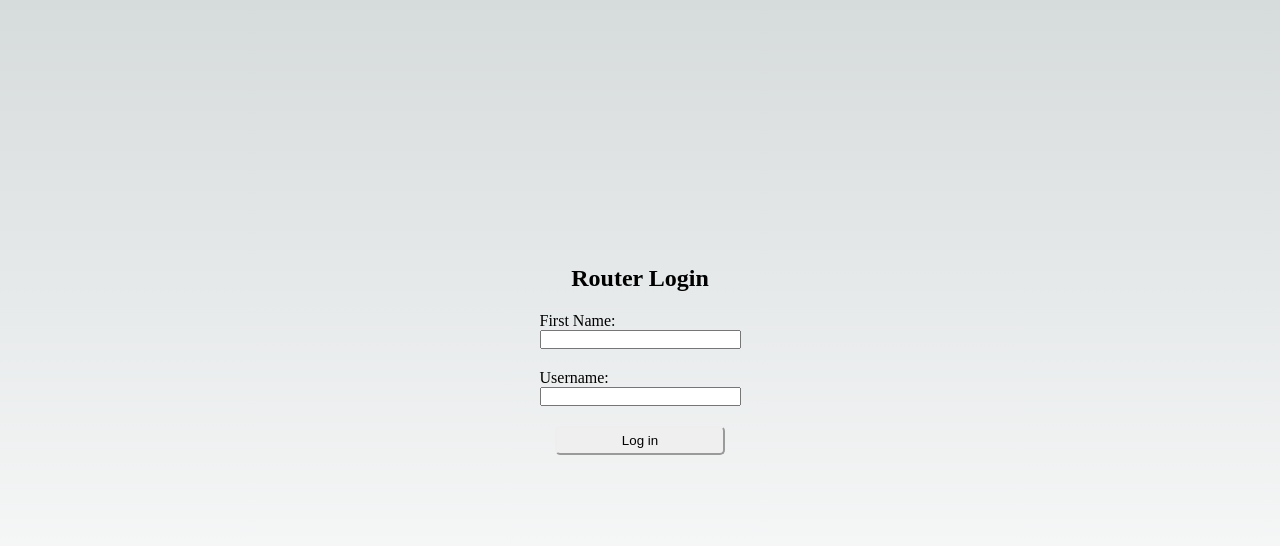
Repository: Mariessa-Pinto/week2-next.js-next-router-login
Page: /
The author's editor kept a copy of each file at every save. The page is drawn from the files as they stood at one save, then again after the next save.
The browser window is 1280 px wide. The pictures show the whole page.
The project was rebuilt for these pictures with package versions that can differ from the ones it lists, and the page was loaded fresh each time. The framework's server and built-in components were replaced by stand-ins that run in the browser. Also part of the build but not shown: next.config.js.

Above is the page before, as saved 2023-01-11 07:45:27.

### pages/index.js
import Head from 'next/head'
import Image from 'next/image'
import { Inter } from '@next/font/google'
import styles from '../styles/Home.module.css'
import { useState } from 'react'
import { useRouter } from 'next/router'

const inter = Inter({ subsets: ['latin'] })

export default function Home() {

  const router = useRouter()

  const [formData, setFormData] = useState({
    firstName: '',
    username: ''
  })

  const CheckLogin = () => {
    console.log(formData.firstName)
    console.log(formData)

    if(formData.username !== null) {
      router.push( {
        pathname: './counter',
        query: {
          username: formData.username
        }
      })
    }
  }

  return (
    <>
      <Head>
        <title>Create Next App</title>
        <meta name="description" content="Generated by create next app" />
        <meta name="viewport" content="width=device-width, initial-scale=1" />
        <link rel="icon" href="/favicon.ico" />
      </Head>
      <main className={styles.main}>

       <h2>Router Login</h2>
       <div className={styles.inputField}>
        <label>First Name:</label>
        <input
          className={styles.input}
          type = "text"
          id = "first"
          name = "first"
          required
          pattern ="[A-Z]{1}[a-z]{2,10}"
          title="The first letter should be capitalized"
          onChange={(e => setFormData({...formData, firstName: e.target.value}))}
        />
       </div>

      <div className={styles.inputField}>
        <label>Username:</label>
        <input
          className={styles.input}
          type = "text"
          id = "username"
          name = "username"
          required
          title="Type your username"
          minLength="5"
          maxLength="10"
          onChange={(e => setFormData({...formData, username: e.target.value}))}
        />
       </div>
       <button className={styles.button} type="submit" onClick={() => CheckLogin()}>Log in</button>
      </main>
    </>
  )
}

### styles/globals.css
:root {
  --max-width: 1100px;
  --border-radius: 12px;
  --font-mono: ui-monospace, Menlo, Monaco, 'Cascadia Mono', 'Segoe UI Mono',
    'Roboto Mono', 'Oxygen Mono', 'Ubuntu Monospace', 'Source Code Pro',
    'Fira Mono', 'Droid Sans Mono', 'Courier New', monospace;

  --foreground-rgb: 0, 0, 0;
  --background-start-rgb: 214, 219, 220;
  --background-end-rgb: 255, 255, 255;

  --primary-glow: conic-gradient(
    from 180deg at 50% 50%,
    #16abff33 0deg,
    #0885ff33 55deg,
    #54d6ff33 120deg,
    #0071ff33 160deg,
    transparent 360deg
  );
  --secondary-glow: radial-gradient(
    rgba(255, 255, 255, 1),
    rgba(255, 255, 255, 0)
  );

  --tile-start-rgb: 239, 245, 249;
  --tile-end-rgb: 228, 232, 233;
  --tile-border: conic-gradient(
    #00000080,
    #00000040,
    #00000030,
    #00000020,
    #00000010,
    #00000010,
    #00000080
  );

  --callout-rgb: 238, 240, 241;
  --callout-border-rgb: 172, 175, 176;
  --card-rgb: 180, 185, 188;
  --card-border-rgb: 131, 134, 135;
}

@media (prefers-color-scheme: dark) {
  :root {
    --foreground-rgb: 255, 255, 255;
    --background-start-rgb: 0, 0, 0;
    --background-end-rgb: 0, 0, 0;

    --primary-glow: radial-gradient(rgba(1, 65, 255, 0.4), rgba(1, 65, 255, 0));
    --secondary-glow: linear-gradient(
      to bottom right,
      rgba(1, 65, 255, 0),
      rgba(1, 65, 255, 0),
      rgba(1, 65, 255, 0.3)
    );

    --tile-start-rgb: 2, 13, 46;
    --tile-end-rgb: 2, 5, 19;
    --tile-border: conic-gradient(
      #ffffff80,
      #ffffff40,
      #ffffff30,
      #ffffff20,
      #ffffff10,
      #ffffff10,
      #ffffff80
    );

    --callout-rgb: 20, 20, 20;
    --callout-border-rgb: 108, 108, 108;
    --card-rgb: 100, 100, 100;
    --card-border-rgb: 200, 200, 200;

    --dark-red: darkred;
  }
}

* {
  box-sizing: border-box;
  padding: 0;
  margin: 0;
}

html,
body {
  max-width: 100vw;
  overflow-x: hidden;
}

body {
  color: rgb(var(--foreground-rgb));
  background: linear-gradient(
      to bottom,
      transparent,
      rgb(var(--background-end-rgb))
    )
    rgb(var(--background-start-rgb));
}

a {
  color: inherit;
  text-decoration: none;
}

@media (prefers-color-scheme: dark) {
  html {
    color-scheme: dark;
  }
}

### styles/Home.module.css
.main {
  display: flex;
  flex-direction: column;
  justify-content: center;
  align-items: center;
  padding: 6rem;
  min-height: 100vh;
  gap: 20px;
}

.button {
  border-color: rgb(var(--dark-red));
  padding: 5px 65px;
  border-radius: 5px;
}

.inputField {
  display: flex;
  flex-direction: column;
}

.input {
  padding: 0 10px;
}

.description {
  display: inherit;
  justify-content: inherit;
  align-items: inherit;
  font-size: 0.85rem;
  max-width: var(--max-width);
  width: 100%;
  z-index: 2;
  font-family: var(--font-mono);
}

.description a {
  display: flex;
  justify-content: center;
  align-items: center;
  gap: 0.5rem;
}

.description p {
  position: relative;
  margin: 0;
  padding: 1rem;
  background-color: rgba(var(--callout-rgb), 0.5);
  border: 1px solid rgba(var(--callout-border-rgb), 0.3);
  border-radius: var(--border-radius);
}

.code {
  font-weight: 700;
  font-family: var(--font-mono);
}

.grid {
  display: grid;
  grid-template-columns: repeat(4, minmax(25%, auto));
  width: var(--max-width);
  max-width: 100%;
}

.card {
  padding: 1rem 1.2rem;
  border-radius: var(--border-radius);
  background: rgba(var(--card-rgb), 0);
  border: 1px solid rgba(var(--card-border-rgb), 0);
  transition: background 200ms, border 200ms;
}

.card span {
  display: inline-block;
  transition: transform 200ms;
}

.card h2 {
  font-weight: 600;
  margin-bottom: 0.7rem;
}

.card p {
  margin: 0;
  opacity: 0.6;
  font-size: 0.9rem;
  line-height: 1.5;
  max-width: 30ch;
}

.center {
  display: flex;
  justify-content: center;
  align-items: center;
  position: relative;
  padding: 4rem 0;
}

.center::before {
  background: var(--secondary-glow);
  border-radius: 50%;
  width: 480px;
  height: 360px;
  margin-left: -400px;
}

.center::after {
  background: var(--primary-glow);
  width: 240px;
  height: 180px;
  z-index: -1;
}

.center::before,
.center::after {
  content: '';
  left: 50%;
  position: absolute;
  filter: blur(45px);
  transform: translateZ(0);
}

.logo,
.thirteen {
  position: relative;
}

.thirteen {
  display: flex;
  justify-content: center;
  align-items: center;
  width: 75px;
  height: 75px;
  padding: 25px 10px;
  margin-left: 16px;
  transform: translateZ(0);
  border-radius: var(--border-radius);
  overflow: hidden;
  box-shadow: 0px 2px 8px -1px #0000001a;
}

.thirteen::before,
.thirteen::after {
  content: '';
  position: absolute;
  z-index: -1;
}

/* Conic Gradient Animation */
.thirteen::before {
  animation: 6s rotate linear infinite;
  width: 200%;
  height: 200%;
  background: var(--tile-border);
}

/* Inner Square */
.thirteen::after {
  inset: 0;
  padding: 1px;
  border-radius: var(--border-radius);
  background: linear-gradient(
    to bottom right,
    rgba(var(--tile-start-rgb), 1),
    rgba(var(--tile-end-rgb), 1)
  );
  background-clip: content-box;
}

/* Enable hover only on non-touch devices */
@media (hover: hover) and (pointer: fine) {
  .card:hover {
    background: rgba(var(--card-rgb), 0.1);
    border: 1px solid rgba(var(--card-border-rgb), 0.15);
  }

  .card:hover span {
    transform: translateX(4px);
  }
}

@media (prefers-reduced-motion) {
  .thirteen::before {
    animation: none;
  }

  .card:hover span {
    transform: none;
  }
}

/* Mobile */
@media (max-width: 700px) {
  .content {
    padding: 4rem;
  }

  .grid {
    grid-template-columns: 1fr;
    margin-bottom: 120px;
    max-width: 320px;
    text-align: center;
  }

  .card {
    padding: 1rem 2.5rem;
  }

  .card h2 {
    margin-bottom: 0.5rem;
  }

  .center {
    padding: 8rem 0 6rem;
  }

  .center::before {
    transform: none;
    height: 300px;
  }

  .description {
    font-size: 0.8rem;
  }

  .description a {
    padding: 1rem;
  }

  .description p,
  .description div {
    display: flex;
    justify-content: center;
    position: fixed;
    width: 100%;
  }

  .description p {
    align-items: center;
    inset: 0 0 auto;
    padding: 2rem 1rem 1.4rem;
    border-radius: 0;
    border: none;
    border-bottom: 1px solid rgba(var(--callout-border-rgb), 0.25);
    background: linear-gradient(
      to bottom,
      rgba(var(--background-start-rgb), 1),
      rgba(var(--callout-rgb), 0.5)
    );
    background-clip: padding-box;
    backdrop-filter: blur(24px);
  }

  .description div {
    align-items: flex-end;
    pointer-events: none;
    inset: auto 0 0;
    padding: 2rem;
    height: 200px;
    background: linear-gradient(
      to bottom,
      transparent 0%,
      rgb(var(--background-end-rgb)) 40%
    );
    z-index: 1;
  }
}

/* Tablet and Smaller Desktop */
@media (min-width: 701px) and (max-width: 1120px) {
  .grid {
    grid-template-columns: repeat(2, 50%);
  }
}

@media (prefers-color-scheme: dark) {
  .vercelLogo {
    filter: invert(1);
  }

  .logo,
  .thirteen img {
    filter: invert(1) drop-shadow(0 0 0.3rem #ffffff70);
  }
}

@keyframes rotate {
  from {
    transform: rotate(360deg);
  }
  to {
    transform: rotate(0deg);
  }
}

Loaded but not shown: pages/_app.js (common file); pages/_document.js (common file)

After the next save:
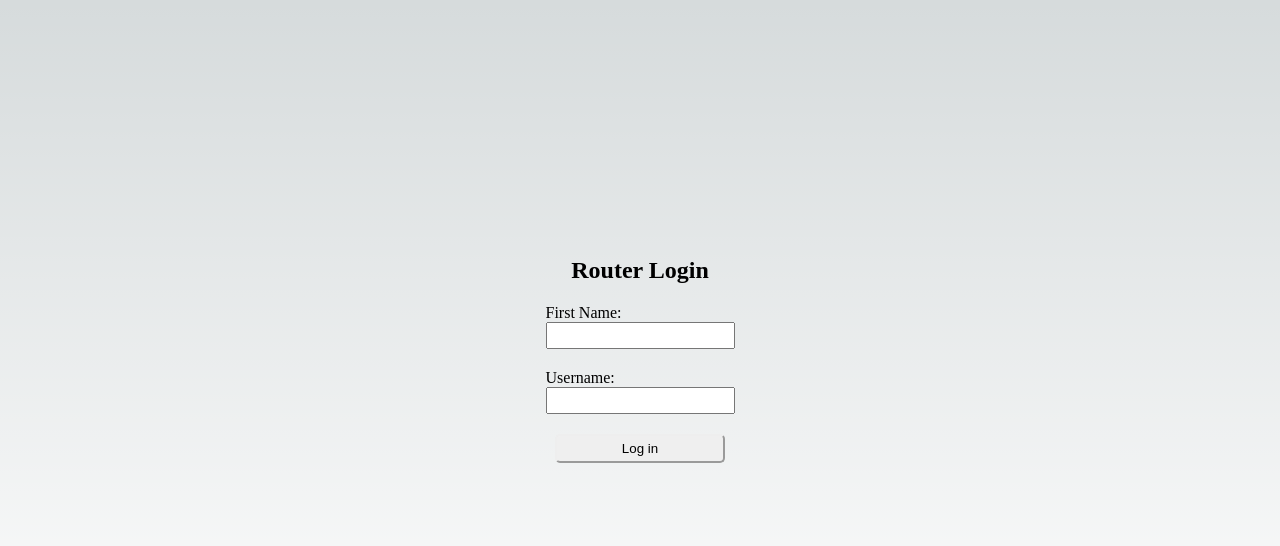
Saved 74 s later.
--- a/styles/Home.module.css
+++ b/styles/Home.module.css
@@ -20,7 +20,7 @@
 }
 
 .input {
-  padding: 0 10px;
+  padding: 4px;
 }
 
 .description {
